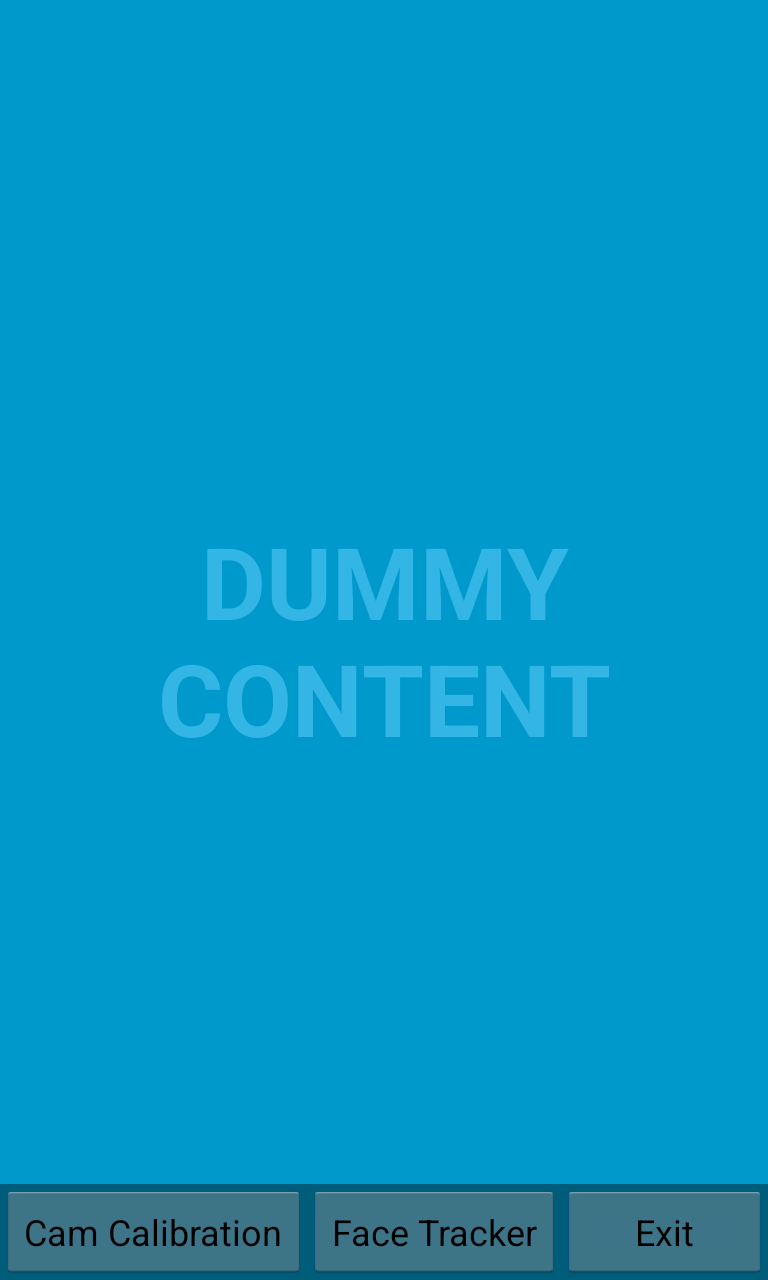
Repository: anuragawasthi89/AndroidImageProcessing
Layout: CVProcessor/res/layout/activity_main_window.xml
These files come from the project's save history. The layout is drawn as it stood at one moment and after the next save; the edit follows.
It is drawn on a 768 x 1280 px phone screen (xhdpi) without system bars, with theme AppTheme; the app's code is not run.

Above is the layout before, as saved 2014-02-07 18:58:58.

After the next save:
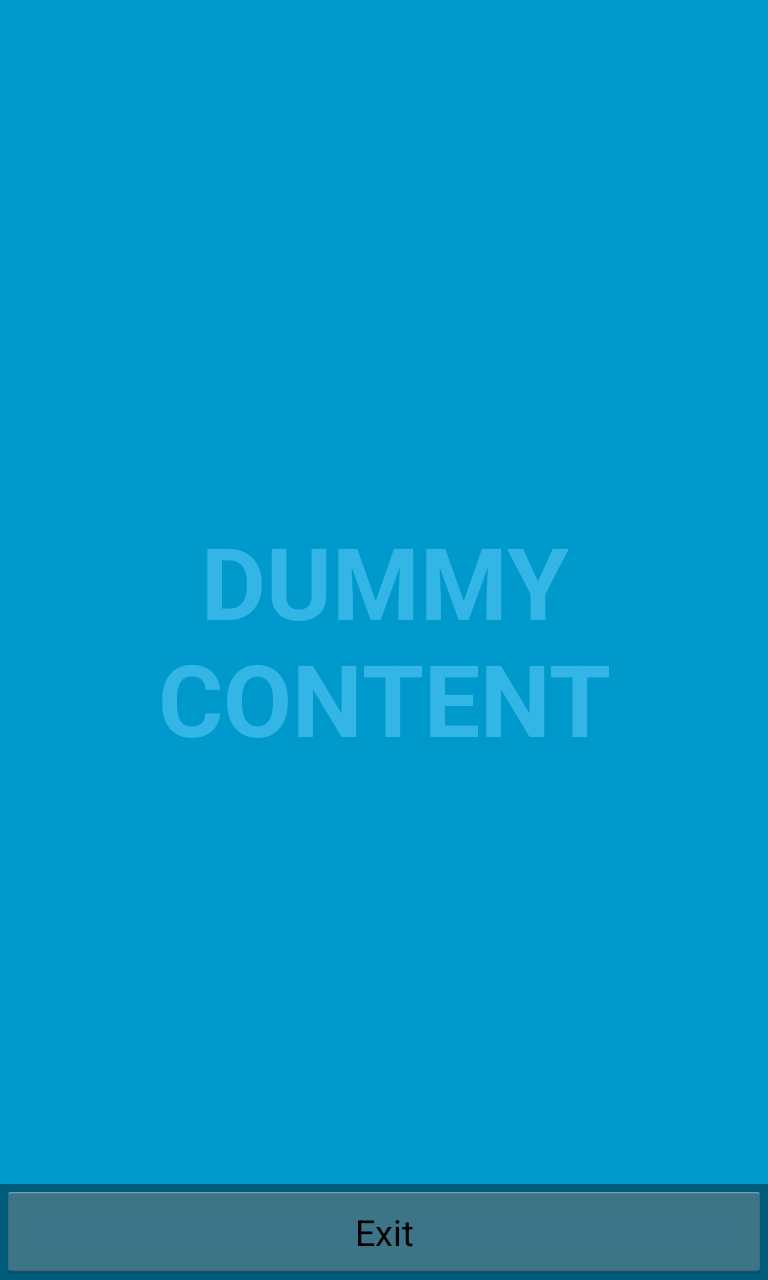
Saved 41 s later.
--- a/CVProcessor/res/layout/activity_main_window.xml
+++ b/CVProcessor/res/layout/activity_main_window.xml
@@ -37,18 +37,6 @@
             tools:ignore="UselessParent" >
 
             <Button
-            android:id="@+id/view_camera_calibration_button"
-            android:layout_width="wrap_content"
-            android:layout_height="wrap_content"
-            android:text="@string/view_camera_calibration_button" />
-
-        	<Button
-            android:id="@+id/face_tracking_button"
-            android:layout_width="wrap_content"
-            android:layout_height="wrap_content"
-            android:text="@string/face_tracking_button" />
-
-            <Button
                 android:id="@+id/exit_button"
                 style="?buttonBarButtonStyle"
                 android:layout_width="0dp"
